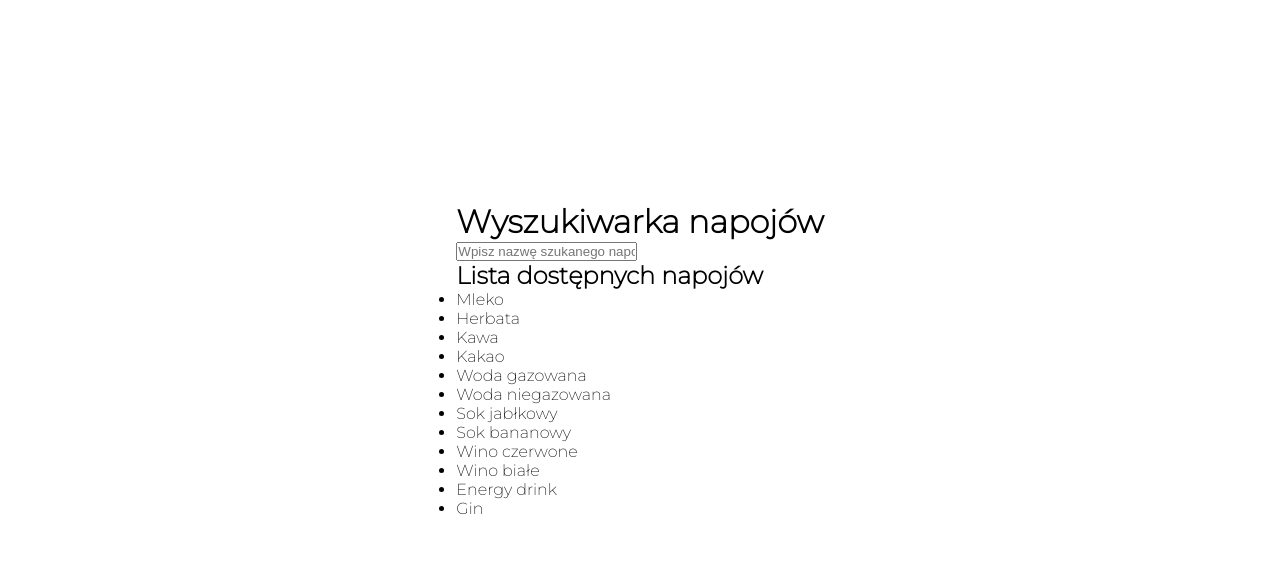
Repository: KrzysKolo/Projekt-1_Wyszukiwarka_napojow
Page: index.html
The author's editor kept a copy of each file at every save. The page is drawn from the files as they stood at one save, then again after the next save.
The browser window is 1280 px wide. The pictures show the whole page.

Above is the page before, as saved 2020-06-30 03:08:13.
Not found: script.js

### index.html
<!DOCTYPE html>
<html lang="en">
  <head>
    <meta charset="UTF-8" />
    <meta name="viewport" content="width=device-width, initial-scale=1.0" />
    <title>Wyszukiwarka napojów</title>
    <link
      href="https://fonts.googleapis.com/css2?family=Dancing+Script:wght@500&family=Montserrat:wght@200&display=swap"
      rel="stylesheet"
    />
    <link rel="stylesheet" href="css/style.css" />
  </head>
  <body>
    <div class="wrapper">
      <header class="header">
        <div class="header__shadow"></div>
        <h1 class="header__title">Wyszukiwarka napojów</h1>
        <input
          type="text"
          class="header__search"
          placeholder="Wpisz nazwę szukanego napoju"
        />
      </header>
      <div class="drink-list">
        <h2 class="drink-list__title">Lista dostępnych napojów</h2>
        <ul class="drink-list__list-items">
          <li class="drink-list__item">Mleko</li>
          <li class="drink-list__item">Herbata</li>
          <li class="drink-list__item">Kawa</li>
          <li class="drink-list__item">Kakao</li>
          <li class="drink-list__item">Woda gazowana</li>
          <li class="drink-list__item">Woda niegazowana</li>
          <li class="drink-list__item">Sok jabłkowy</li>
          <li class="drink-list__item">Sok bananowy</li>
          <li class="drink-list__item">Wino czerwone</li>
          <li class="drink-list__item">Wino białe</li>
          <li class="drink-list__item">Energy drink</li>
          <li class="drink-list__item">Gin</li>
        </ul>
      </div>
    </div>
    <script src="script.js"></script>
  </body>
</html>

### css/style.css
*,
*::before,
*::after {
  margin: 0;
  padding: 0;
  box-sizing: inherit;
}
body {
  display: flex;
  justify-content: center;
  align-items: center;
  min-height: 100vh;
  box-sizing: border-box;
  font-family: "Montserrat", sans-serif;
  background-color: rgba(218, 212, 199), 0.8;
}

After the next save:
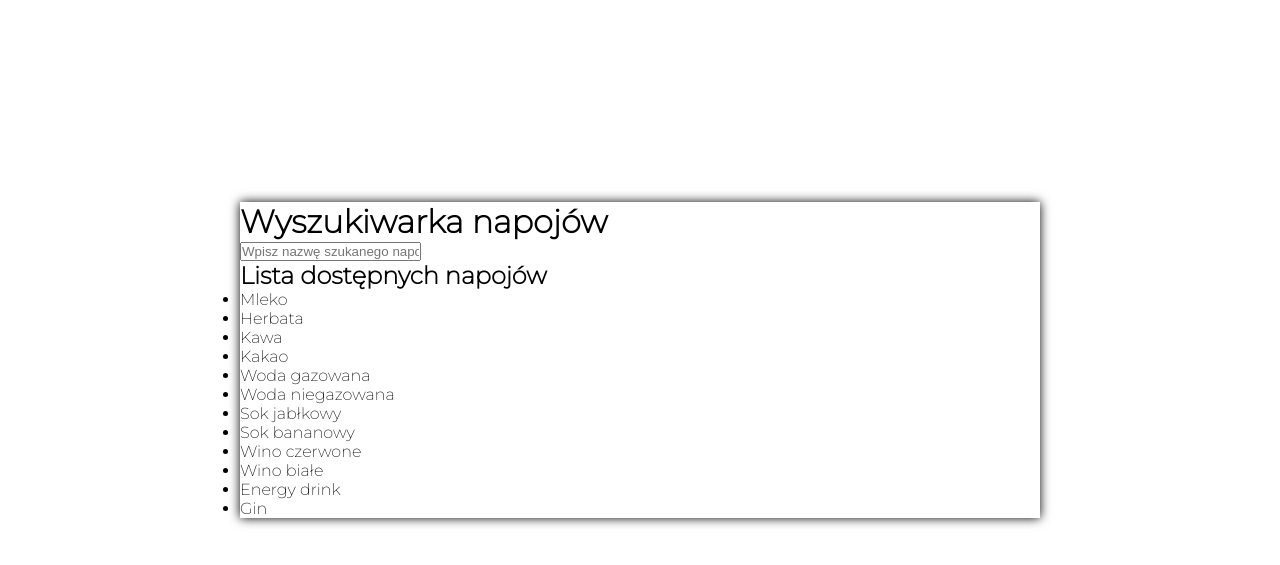
Saved 3 min 1 s later.
--- a/css/style.css
+++ b/css/style.css
@@ -14,3 +14,8 @@ body {
   font-family: "Montserrat", sans-serif;
   background-color: rgba(218, 212, 199), 0.8;
 }
+.wrapper {
+  width: 800px;
+  background-color: #fff;
+  box-shadow: 0 0 10px #000;
+}
